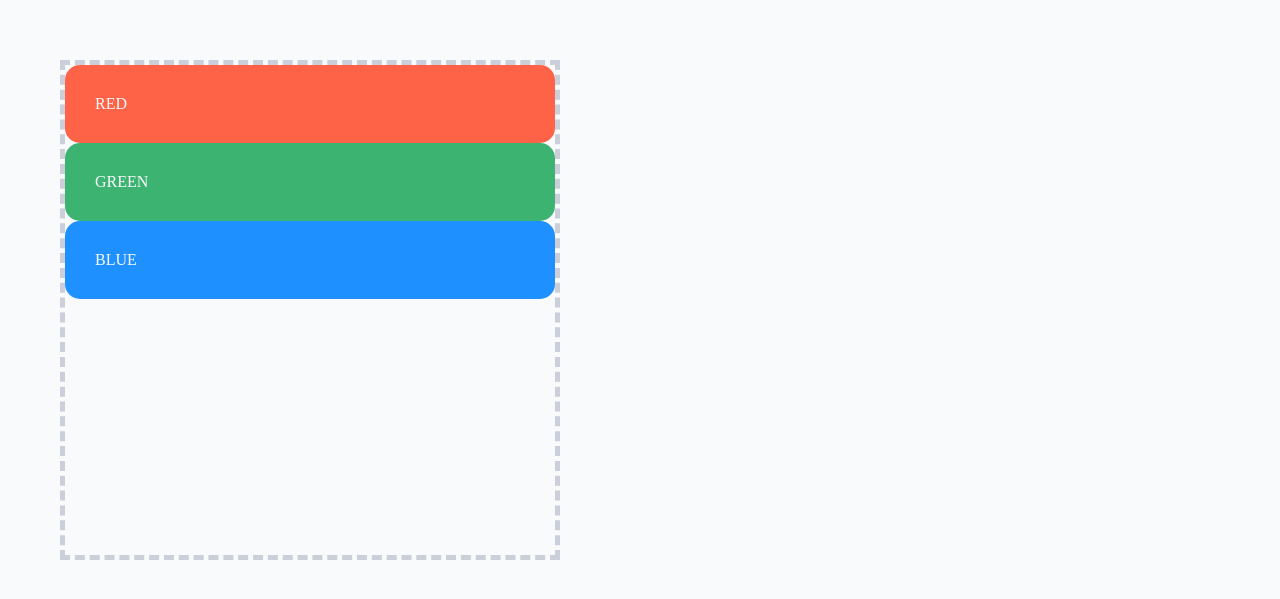
Repository: daeun0220/KB_EDU_JAVA
Page: work03_FrontUI/front03_CSS3/src/main/webapp/css03_flexbox2.html
The author's editor kept a copy of each file at every save. The page is drawn from the files as they stood at one save, then again after the next save.
The browser window is 1280 px wide. The pictures show the whole page.

Above is the page before, as saved 2023-08-09 01:40:22.

### work03_FrontUI/front03_CSS3/src/main/webapp/css03_flexbox2.html
<!DOCTYPE html>
<html>
<head>
<meta charset="UTF-8">
<title>Insert title here</title>
<style type="text/css">
* {
	box-sizing: border-box;
}

body {
	background-color: #f9fafc;
	margin: 60px;
}

.container {
	border: 5px dashed #cacfd9;
	width: 500px;
	height: 500px;
	display: flex;
	flex-direction: column;
}

.box {
	border-radius: 15px;
	color: #f9fafc;
	padding: 30px;
}

.red {
	background-color: Tomato;
}

.green {
	background-color: MediumSeaGreen;
}

.blue {
	background-color: DodgerBlue;
}

</style>
</head>
<body>
<div class="container">
	<div class="red box">RED</div>
	<div class="green box">GREEN</div>
	<div class="blue box">BLUE</div>
</div>
</body>
</html>

After the next save:
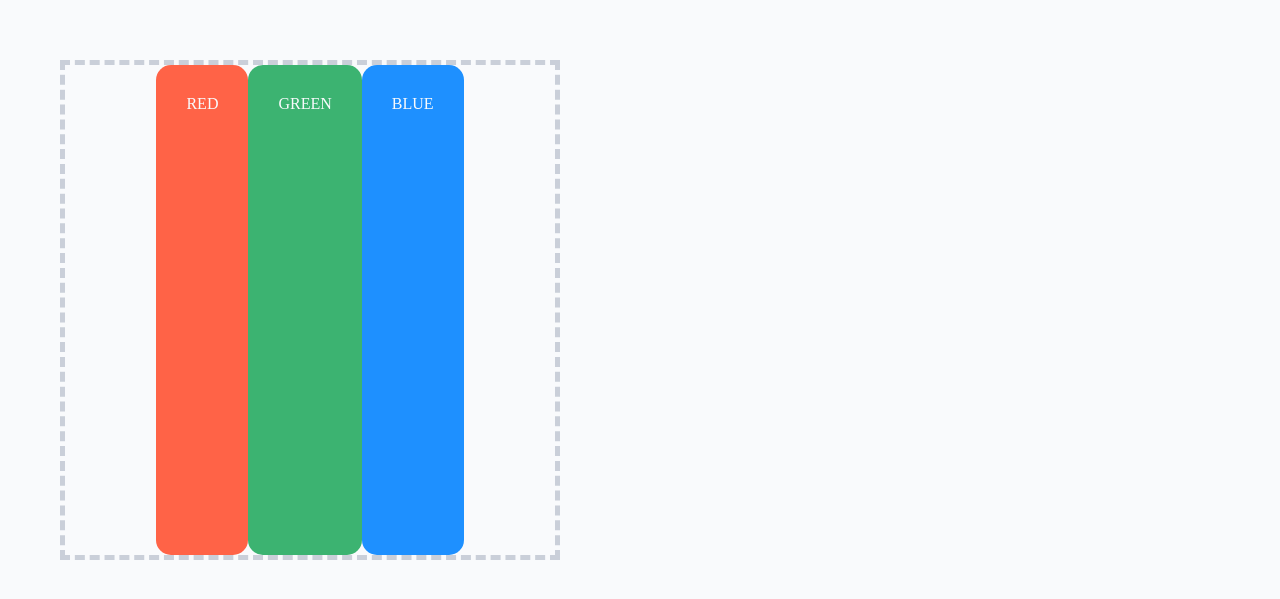
Saved 6 min 13 s later.
--- a/work03_FrontUI/front03_CSS3/src/main/webapp/css03_flexbox2.html
+++ b/work03_FrontUI/front03_CSS3/src/main/webapp/css03_flexbox2.html
@@ -1,3 +1,11 @@
+<!--
+1. 요소들의 배치는 flex-direction (row|column)
+2. 요소들 간의 정렬
+   기본측 배치에 있어서 요소들간의 정렬 :: justify-content
+   (기본측 : 중앙정렬)
+
+
+ -->
 <!DOCTYPE html>
 <html>
 <head>
@@ -18,7 +26,7 @@ body {
 	width: 500px;
 	height: 500px;
 	display: flex;
-	flex-direction: column;
+	justify-content: center;
 }
 
 .box {
